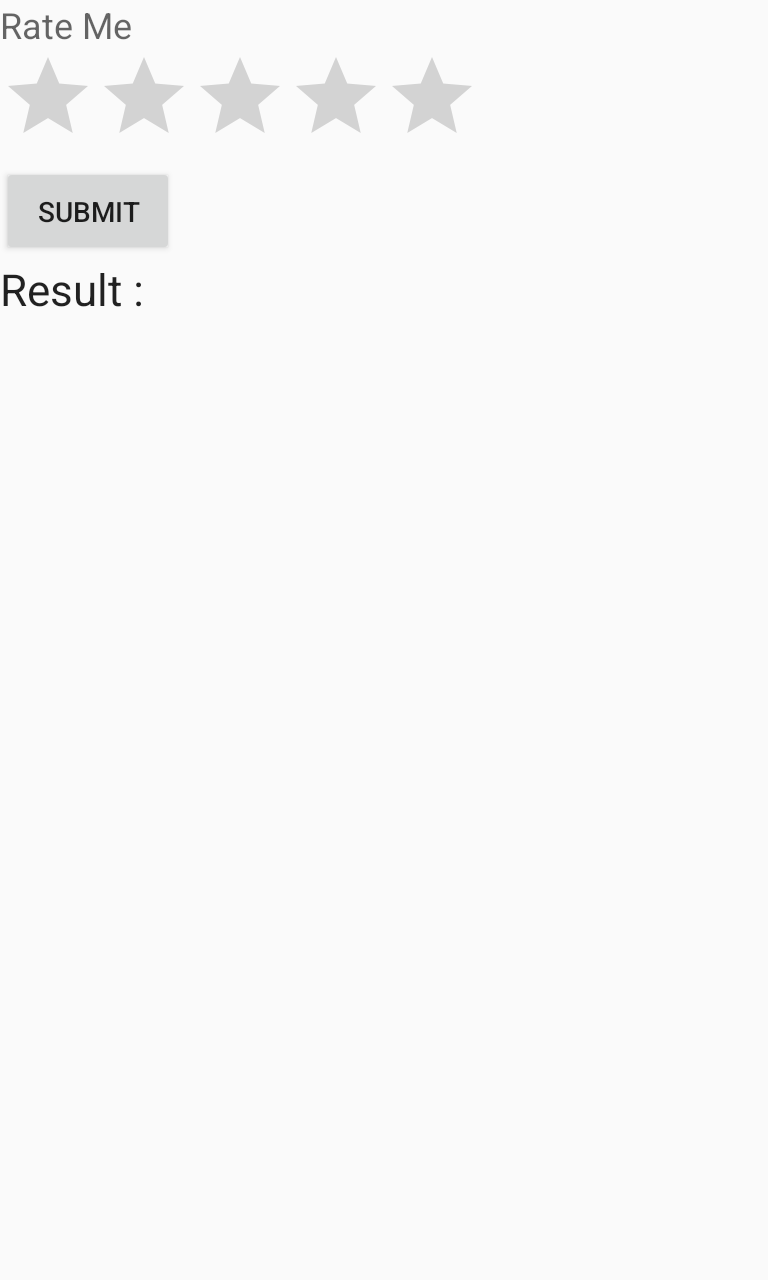
Repository: morgancundiff/TrollApp
Layout: Troll/res/layout/menu_single_item.xml
An editor plug-in stored every save of this project. The layout is shown before and after the next save, followed by the edit.
It is drawn on a 768 x 1280 px phone screen (xhdpi) without system bars, with theme AppTheme; the app's code is not run.

Above is the layout before, as saved 2014-05-29 17:03:16.

### Troll/res/layout/menu_single_item.xml
<?xml version="1.0" encoding="utf-8"?>
<LinearLayout xmlns:android="http://schemas.android.com/apk/res/android"
    android:layout_width="fill_parent"
    android:layout_height="fill_parent"
    android:orientation="vertical" >

    <TextView
        android:id="@+id/lblTitle"
        android:layout_width="wrap_content"
        android:layout_height="wrap_content"
        android:text="Rate Me"
        android:textAppearance="?android:attr/textAppearanceMedium" />



    <RatingBar
        android:id="@+id/ratingBar"
        android:layout_width="wrap_content"
        android:layout_height="wrap_content"
        android:stepSize="0.5" />

    <Button
        android:id="@+id/btnSubmit"
        android:layout_width="wrap_content"
        android:layout_height="wrap_content"
        android:text="Submit" />

    <LinearLayout
        android:id="@+id/linearLayout1"
        android:layout_width="match_parent"
        android:layout_height="wrap_content" >

        <TextView
            android:id="@+id/lblResult"
            android:layout_width="wrap_content"
            android:layout_height="wrap_content"
            android:text="Result : "
            android:textAppearance="?android:attr/textAppearanceLarge" />

        <TextView
            android:id="@+id/txtRatingValue"
            android:layout_width="wrap_content"
            android:layout_height="wrap_content"
            android:text=""
            android:textAppearance="?android:attr/textAppearanceSmall" />

    </LinearLayout>

</LinearLayout>

Loaded but not shown: Troll/res/values/styles.xml (common file); Troll/res/values-v11/styles.xml (common file); Troll/res/values-v14/styles.xml (common file)

After the next save:
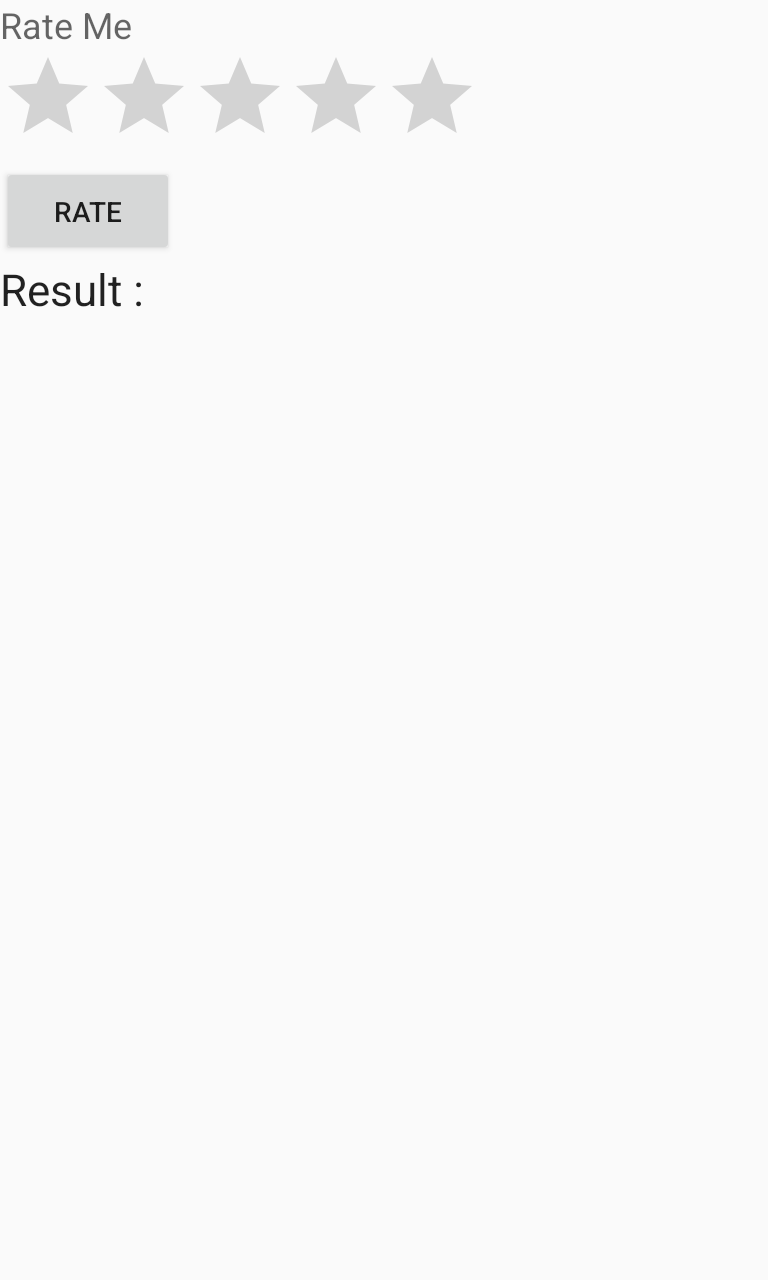
Saved 14 s later.
--- a/Troll/res/layout/menu_single_item.xml
+++ b/Troll/res/layout/menu_single_item.xml
@@ -23,7 +23,7 @@
         android:id="@+id/btnSubmit"
         android:layout_width="wrap_content"
         android:layout_height="wrap_content"
-        android:text="Submit" />
+        android:text="Rate" />
 
     <LinearLayout
         android:id="@+id/linearLayout1"
